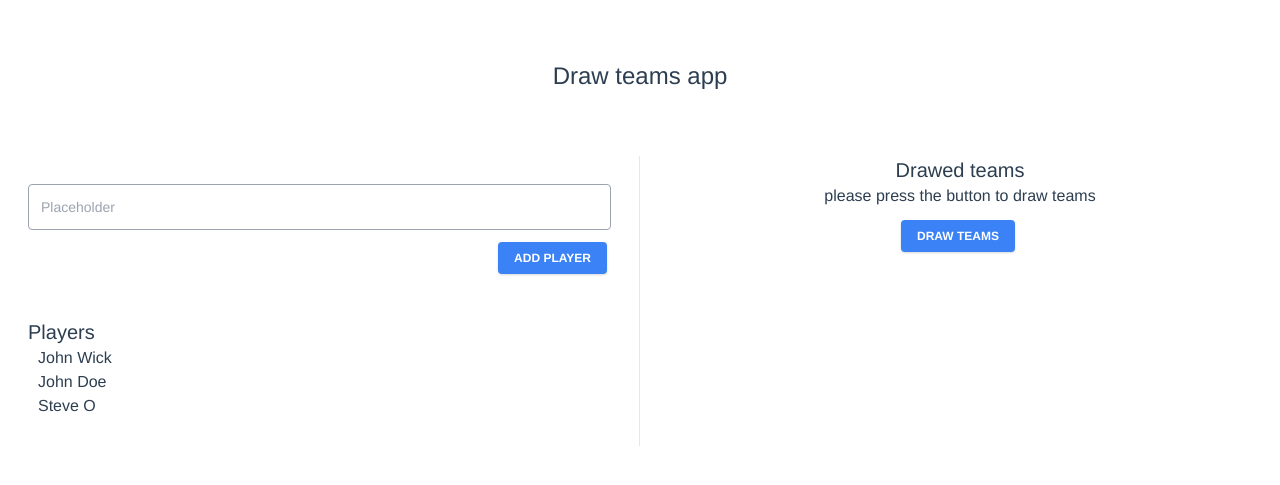
Repository: AlekJanevski/draw-teams-app
Page: /
These files come from the project's save history. The page is drawn as it stood at one moment and after the next save; the edit follows.
The browser window is 1280 px wide. The pictures show the whole page.
The project was rebuilt for these pictures with package versions that can differ from the ones it lists, and the page was loaded fresh each time.

Above is the page before, as saved 2021-03-18 21:24:13.

### src/components/HelloWorld.vue
<template>
  <div>
    <h1 class="mb-16 text-2xl">Draw teams app</h1>

    <!-- Add user wrapper starts -->
    <div class="float-left w-1/2 h-full mb-3 border-r p-7">
      <form name="add-user" method="post" @submit.prevent="addUser">
        <!-- Add user input starts -->
        <input
          v-model="userInput"
          type="text"
          placeholder="Placeholder"
          class="relative w-full px-3 py-3 text-sm text-gray-700 placeholder-gray-400 bg-white border border-gray-400 rounded outline-none focus:outline-none focus:shadow-outline"
        />
        <!-- Add user input ends -->

        <!-- Add user button starts -->
        <button class="float-right px-4 py-2 mt-3 mb-1 mr-1 text-xs font-bold text-white uppercase bg-blue-500 rounded shadow outline-none active:bg-blue-600 hover:shadow-md focus:outline-none" type="submit" style="transition: all .15s ease">
          Add player
        </button>
        <!-- Add button ends -->
      </form>

      <div v-if="users.length" class="flex flex-col items-start justify-start w-full">
        <h3 class="block text-xl">Players</h3>
        <ul class="flex flex-col items-start justify-start">
          <li v-for="(user, id) in users" :key="id" class="m-0">
            {{ user.name }}
          </li>
        </ul>
      </div>
    </div>
    <!-- Add user wrapper ends -->


    <div class="flex flex-col items-center justify-center float-left w-1/2">
        <span class="block text-xl mt -0">Drawed teams</span>
        <span>please press the button to draw teams</span>
        <button class="float-right px-4 py-2 mt-3 mb-1 mr-1 text-xs font-bold text-white uppercase bg-blue-500 rounded shadow outline-none active:bg-blue-600 hover:shadow-md focus:outline-none" type="submit" style="transition: all .15s ease">
          Draw teams
        </button>
    </div>

  </div>
</template>

<script>
export default {
  name: 'HelloWorld',

  data() {
    return {
      users: [
        { id: 1, name: 'John Wick' },
        { id: 2, name: 'John Doe' },
        { id: 3, name: 'Steve O' }
      ],
      userInput: '',
      drawTeam: false
    }
  },

  methods: {
    addUser() {
        this.users.push({
          id:this.users.length+1,
          name: this.userInput
      });

      this.userInput = '';
    }
  }
}
</script>

<!-- Add "scoped" attribute to limit CSS to this component only -->
<style scoped>
h3 {
  margin: 40px 0 0;
}
ul {
  list-style-type: none;
  padding: 0;
}
li {
  display: inline-block;
  margin: 0 10px;
}
a {
  color: #42b983;
}
</style>

Loaded but not shown: public/index.html (common file); src/main.js (common file); src/App.vue (common file); src/index.css (common file); tailwind.config.js (common file)

After the next save:
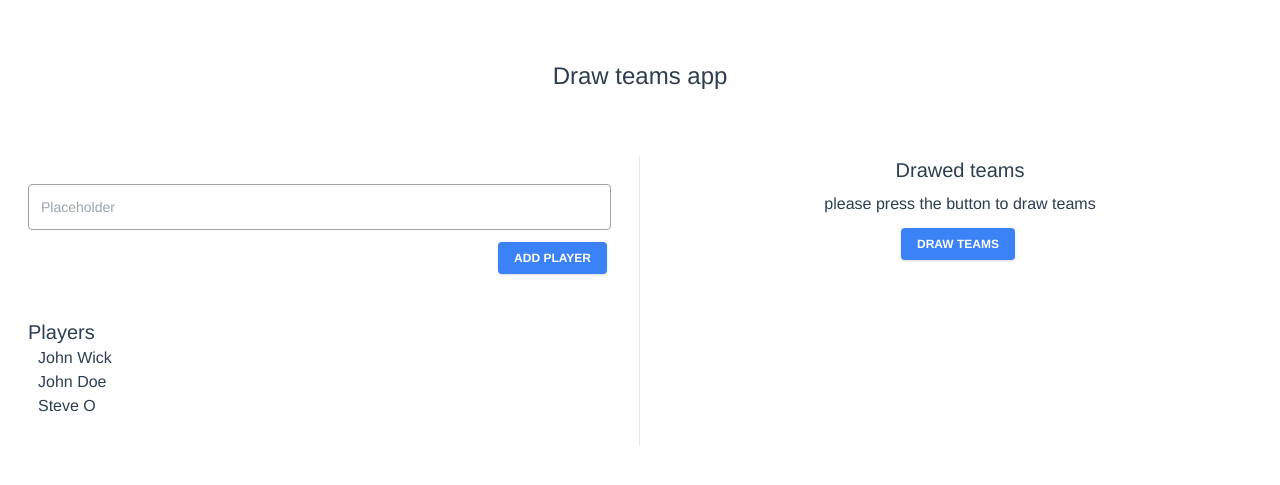
Saved 11 s later.
--- a/src/components/HelloWorld.vue
+++ b/src/components/HelloWorld.vue
@@ -34,7 +34,7 @@
 
 
     <div class="flex flex-col items-center justify-center float-left w-1/2">
-        <span class="block text-xl mt -0">Drawed teams</span>
+        <span class="block mb-2 text-xl">Drawed teams</span>
         <span>please press the button to draw teams</span>
         <button class="float-right px-4 py-2 mt-3 mb-1 mr-1 text-xs font-bold text-white uppercase bg-blue-500 rounded shadow outline-none active:bg-blue-600 hover:shadow-md focus:outline-none" type="submit" style="transition: all .15s ease">
           Draw teams
